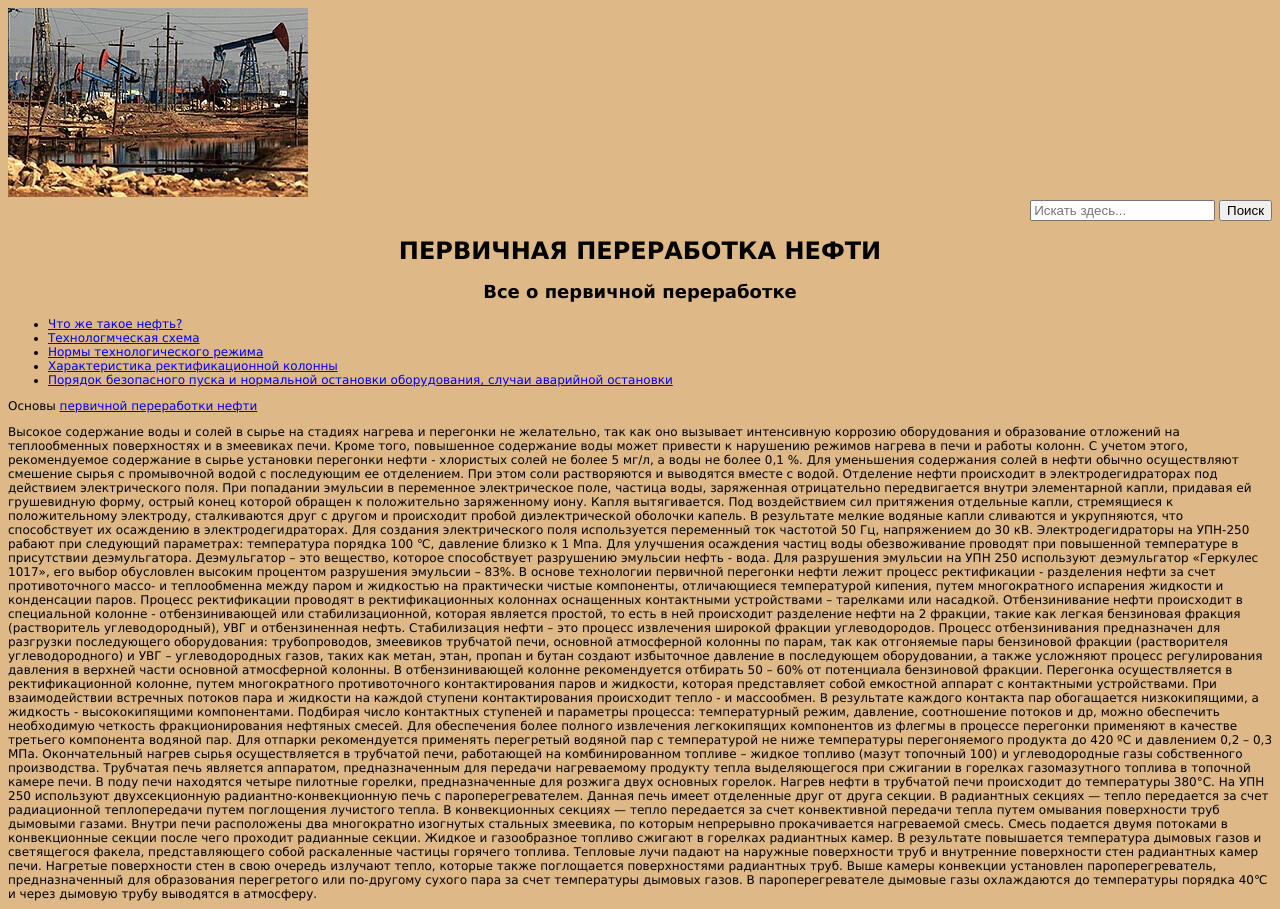
Repository: NastyaSeleznev/NastyaSeleznev.githab.io
Page: week1/index.html
The author's editor kept a record of every edit. The page is drawn from the files as they stood at one moment, then again after the next edit.
The browser window is 1280 px wide. The pictures show the whole page.

Above is the page before.

### week1/index.html
<!doctype html>
	<html>
		<head>
			<meta charset="utf-8">
			<link href="style.css" rel="stylesheet">
		<title>Переработка нефти и газа</title>
		</head>
		<body>
			<header>
		<img src="dobycha-nefti.jpg">
		<form action="https://www.google.com/search" method="get" align="right">
  <input name="s" placeholder="Искать здесь..." type="search">
  <button type="submit">Поиск</button>
</form>
		<h1 align="center">ПЕРВИЧНАЯ ПЕРЕРАБОТКА НЕФТИ</h1>
			</header>
				<h2 align="center">Все о первичной переработке</h2>
				<div id="flex"
			<nav>
					<ul>
	<li><a href="nevti.html">Что же такое нефть?</a></li>
	<li><a href="sxem.html">Технологмческая схема</a></li>
	<li><a href="norm.html">Нормы технологического режима</a></li>
	<li><a href="harakter.html">Характеристика ректификационной колонны</a></li>
	<li><a href="por.html">Порядок безопасного пуска и нормальной остановки оборудования, случаи аварийной остановки</a></li>
	</ul>
	</nav>
				<main>
			<p>Основы <a href="https://ds03.infourok.ru/uploads/ex/0b51/000527e8-bca75ad9/640/img19.jpg">первичной переработки нефти</a></p>
			Высокое содержание воды и солей в сырье на стадиях нагрева и перегонки не желательно, так как оно вызывает интенсивную коррозию оборудования и образование отложений на теплообменных поверхностях и в змеевиках печи. Кроме того, повышенное  содержание воды может  привести к нарушению режимов нагрева в печи  и работы колонн.
С учетом этого, рекомендуемое содержание в сырье установки перегонки нефти - хлористых солей не более 5 мг/л,  а воды не более 0,1 %.
Для уменьшения содержания солей в нефти обычно осуществляют смешение сырья с промывочной водой с последующим ее отделением. При этом соли растворяются и выводятся вместе с водой.
Отделение нефти происходит в электродегидраторах под действием электрического поля.
При попадании эмульсии в переменное электрическое поле, частица воды, заряженная отрицательно передвигается внутри элементарной капли, придавая ей грушевидную форму, острый конец которой обращен к положительно заряженному иону. Капля вытягивается. Под воздействием сил притяжения отдельные капли, стремящиеся к положительному электроду, сталкиваются друг с другом и происходит пробой диэлектрической оболочки капель. В результате мелкие водяные капли сливаются и укрупняются, что способствует их осаждению  в электродегидраторах. Для создания электрического поля используется переменный ток частотой 50 Гц, напряжением до 30 кВ. Электродегидраторы на УПН-250 рабают при следующий параметрах: температура  порядка 100 ℃, давление близко к 1 Мпа.
Для улучшения осаждения частиц воды обезвоживание проводят при повышенной температуре в присутствии деэмульгатора.
Деэмульгатор – это вещество, которое способствует разрушению эмульсии нефть - вода. Для разрушения эмульсии на УПН 250 используют деэмульгатор «Геркулес 1017», его выбор обусловлен высоким процентом разрушения эмульсии – 83%.
В основе технологии первичной перегонки нефти лежит процесс ректификации - разделения нефти за счет противоточного массо- и теплообменна между паром и жидкостью на практически чистые компоненты, отличающиеся температурой кипения, путем многократного испарения жидкости и конденсации паров.
Процесс ректификации проводят в ректификационных колоннах оснащенных контактными устройствами – тарелками или насадкой.
Отбензинивание нефти происходит в специальной колонне - отбензинивающей или стабилизационной, которая является простой, то есть в ней происходит разделение нефти на 2 фракции, такие как легкая бензиновая фракция (растворитель углеводородный), УВГ и отбензиненная нефть.
Стабилизация нефти – это процесс извлечения широкой фракции углеводородов.
Процесс отбензинивания предназначен для разгрузки последующего оборудования: трубопроводов, змеевиков трубчатой печи, основной атмосферной колонны по парам, так как отгоняемые пары бензиновой фракции (растворителя углеводородного) и УВГ – углеводородных газов, таких как метан, этан, пропан и бутан создают избыточное давление в последующем оборудовании, а также усложняют процесс регулирования давления в верхней части основной атмосферной колонны.
В отбензинивающей колонне рекомендуется отбирать 50 – 60% от потенциала бензиновой фракции.
Перегонка осуществляется в ректификационной колонне, путем многократного противоточного контактирования паров и жидкости, которая представляет собой емкостной аппарат с контактными устройствами.
 При взаимодействии встречных потоков пара и жидкости на каждой ступени контактирования происходит тепло - и массообмен. В результате каждого контакта пар обогащается низкокипящими, а жидкость - высококипящими компонентами.
Подбирая число контактных ступеней и параметры процесса: температурный режим, давление, соотношение потоков и др, можно обеспечить необходимую четкость фракционирования нефтяных смесей.
Для обеспечения более полного извлечения легкокипящих компонентов из флегмы в процессе перегонки применяют в качестве третьего компонента водяной пар.
Для отпарки рекомендуется применять перегретый водяной пар с температурой не ниже температуры перегоняемого продукта до 420 ºС и давлением 0,2 – 0,3 МПа.
Окончательный нагрев сырья осуществляется в трубчатой печи, работающей на комбинированном топливе – жидкое топливо (мазут топочный 100) и углеводородные газы собственного производства.
Трубчатая печь является аппаратом, предназначенным для передачи нагреваемому продукту тепла выделяющегося при сжигании в горелках  газомазутного топлива в топочной камере печи.
В поду печи находятся четыре пилотные горелки, предназначенные для розжига двух основных горелок.
Нагрев нефти в трубчатой печи происходит до температуры 380°С.
На УПН 250 используют двухсекционную радиантно-конвекционную печь с пароперегревателем. Данная печь имеет отделенные друг от друга секции. В радиантных секциях — тепло передается за счет радиационной теплопередачи путем поглощения лучистого тепла.
В конвекционных секциях — тепло передается за счет конвективной передачи тепла путем омывания поверхности труб дымовыми газами.
 Внутри печи расположены два многократно изогнутых стальных змеевика, по которым непрерывно прокачивается нагреваемой смесь. Смесь подается двумя потоками  в конвекционные секции после чего проходит радианные секции. Жидкое и газообразное топливо сжигают в горелках радиантных камер.
В результате повышается температура дымовых газов и светящегося факела, представляющего собой раскаленные частицы горячего топлива.
Тепловые лучи падают на наружные поверхности труб и внутренние поверхности стен радиантных камер печи. Нагретые поверхности стен в свою очередь излучают тепло, которые также поглощается поверхностями радиантных труб.
Выше камеры конвекции установлен пароперегреватель, предназначенный для образования перегретого или по-другому сухого пара за счет температуры дымовых газов. В пароперегревателе дымовые газы охлаждаются до температуры порядка 40℃ и через дымовую трубу выводятся в атмосферу.


			</main>
			</div>
		</body>
	</html>
	<main>

### week1/style.css
body {
  background-color: #DEB887;
  word-wrap: break-word;
  font-size: 75%;
  font-family: Verdana, Arial, Sans-Serif;
}

After the next edit:
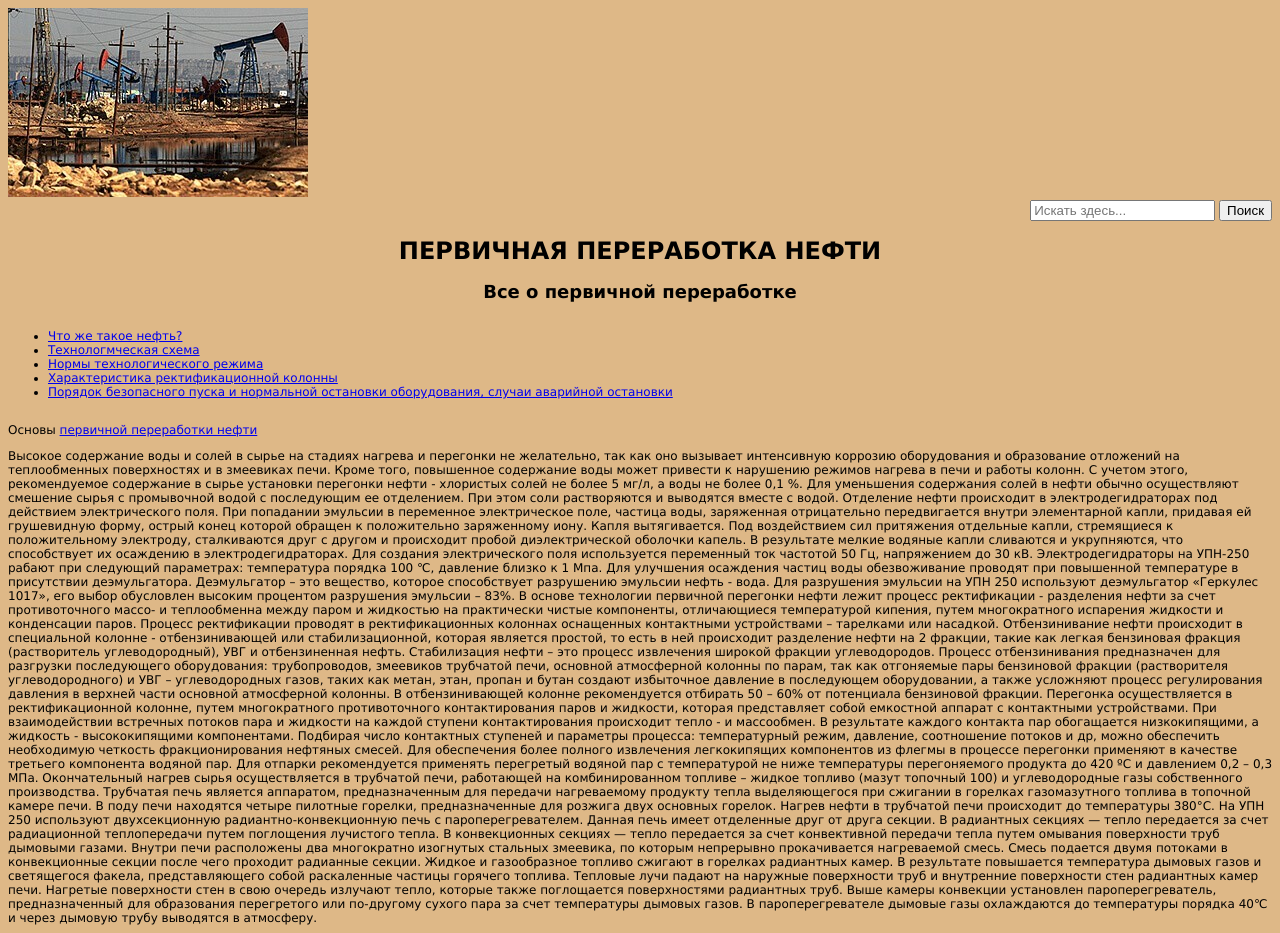
The edit:
--- a/week1/style.css
+++ b/week1/style.css
@@ -4,3 +4,7 @@
   font-size: 75%;
   font-family: Verdana, Arial, Sans-Serif;
 }
+#flex {
+  display: flex;
+  flex-direction: column;
+}
